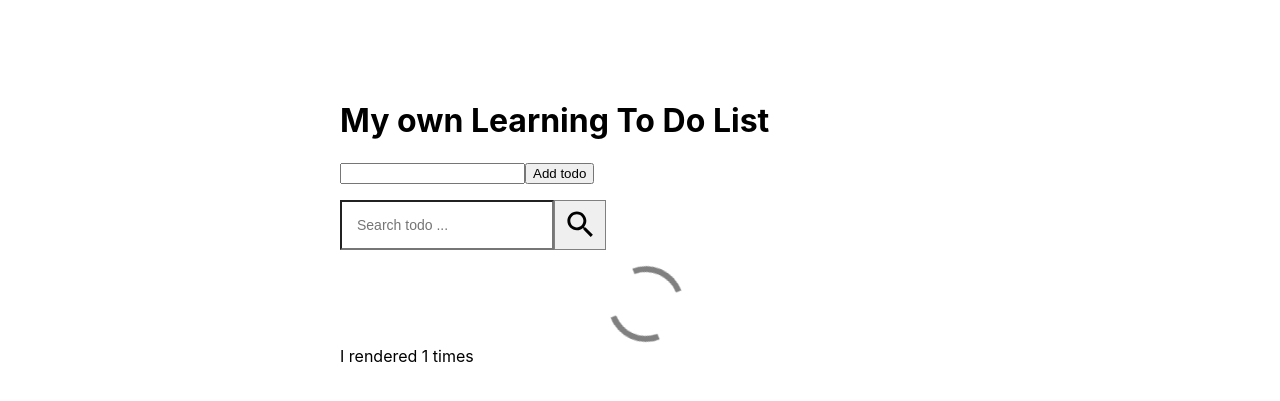
Repository: ArusyakAghajanyan/To-Do
Page: /
The author's editor kept a copy of each file at every save. The page is drawn from the files as they stood at one save, then again after the next save.
The browser window is 1280 px wide. The pictures show the whole page.
The page's requests for data from a server got no answer. The project was rebuilt for these pictures with package versions that can differ from the ones it lists, and the page was loaded fresh each time. No one was signed in, and anything a server would have sent is missing. Also part of the build but not shown: src/Todo/TodoItem.js, src/Todo/TodoList.js.

Above is the page before, as saved 2022-03-16 16:27:58.

After the next save:
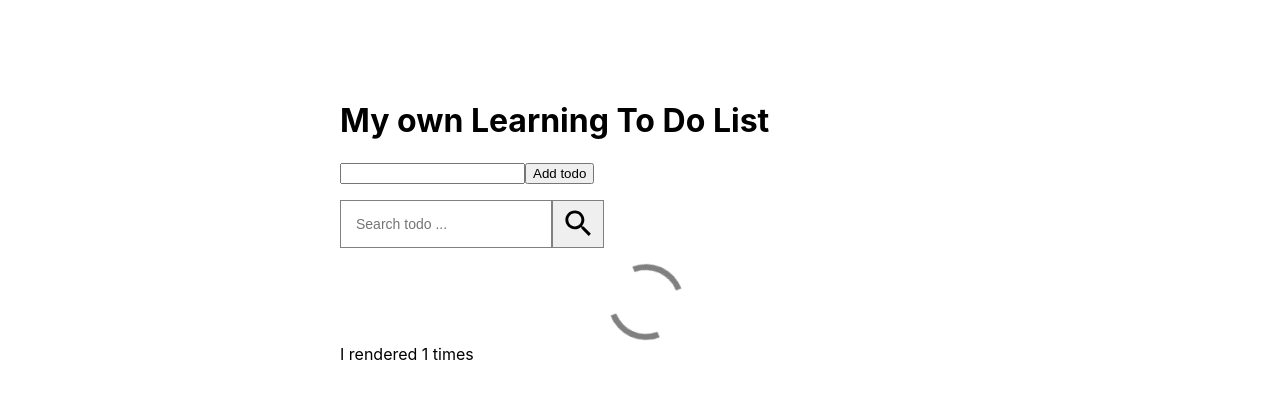
Saved 17 s later.
--- a/src/Search/SearchBar.css
+++ b/src/Search/SearchBar.css
@@ -11,6 +11,7 @@
     padding: 15px;
     width: 180px;
     color: black;
+    border: 1px solid gray;
   }
 
   .searchIcon {
